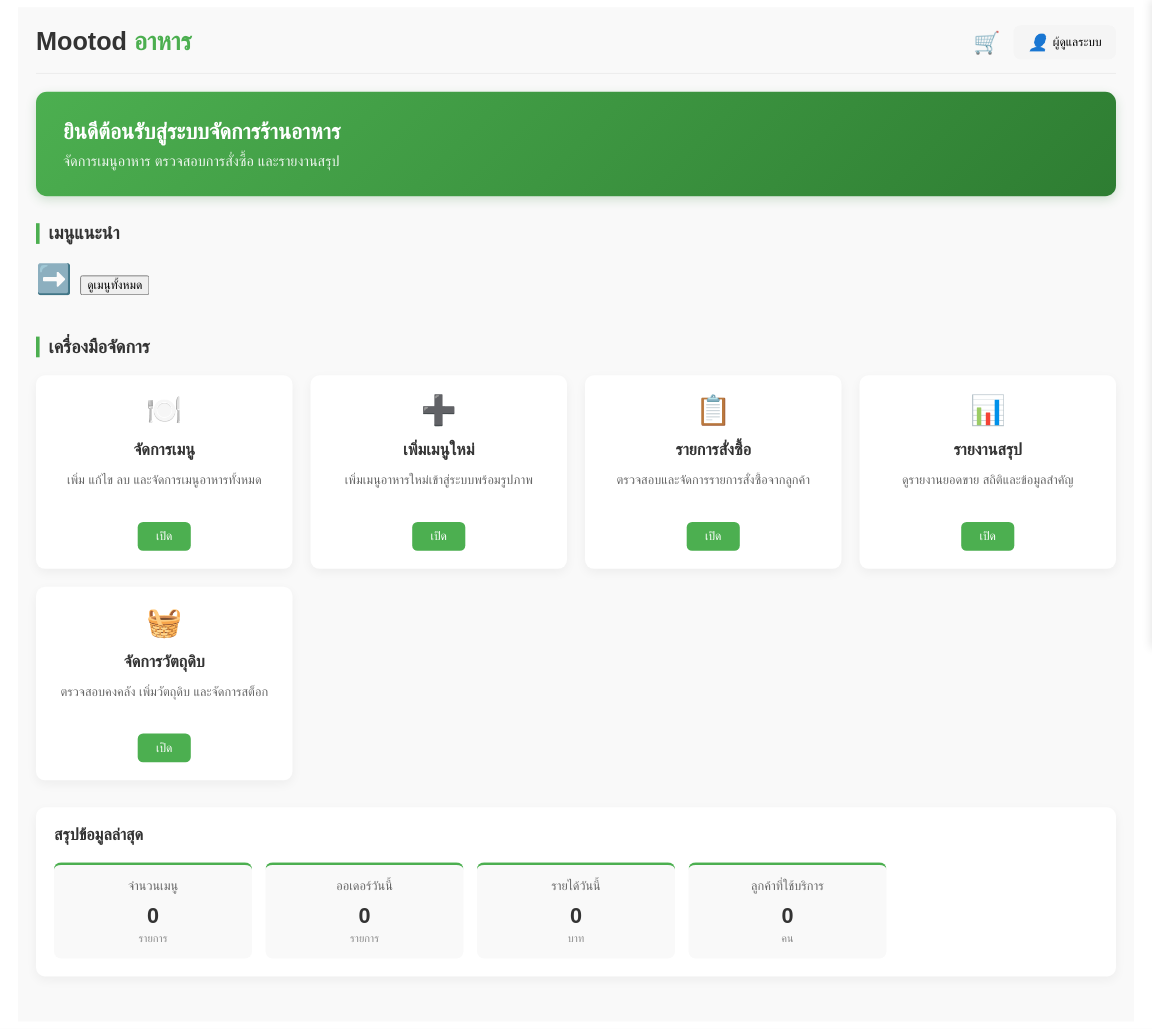
Repository: KwaunchaiJankaikot/mootod
Page: / (app in frontend/)
The author's editor kept a copy of each file at every save. The page is drawn from the files as they stood at one save, then again after a run of saves.
The browser window is 1280 px wide. The pictures show the whole page, at 90% of full size.
The page's requests for data from a server got no answer. The project was rebuilt for these pictures with package versions that can differ from the ones it lists, and the page was loaded fresh each time. No one was signed in, and anything a server would have sent is missing. Also part of the build but not shown: frontend/vue.config.js, frontend/src/components/CheckoutPage.vue, frontend/src/components/AddMenu.vue, frontend/src/components/MenuList.vue, frontend/src/components/EditMenu.vue, frontend/src/components/InventoryPage.vue.

Above is the page before, as saved 2025-04-23 01:05:27.

### frontend/public/index.html
<!DOCTYPE html>
<html lang="">
  <head>
    <meta charset="utf-8">
    <meta http-equiv="X-UA-Compatible" content="IE=edge">
    <meta name="viewport" content="width=device-width,initial-scale=1.0">
    <link rel="icon" href="<%= BASE_URL %>favicon.ico">
    <title><%= htmlWebpackPlugin.options.title %></title>
    <link href="https://fonts.googleapis.com/icon?family=Material+Icons" rel="stylesheet">
    <link rel="stylesheet" href="https://fonts.googleapis.com/css2?family=Material+Symbols+Outlined:opsz,wght,FILL,GRAD@24,400,0,0" />
  </head>
  <body>
    <noscript>
      <strong>We're sorry but <%= htmlWebpackPlugin.options.title %> doesn't work properly without JavaScript enabled. Please enable it to continue.</strong>
    </noscript>
    <div id="app"></div>
    <!-- built files will be auto injected -->
  </body>
</html>

### frontend/src/main.js
import { createApp } from 'vue';
import App from './App.vue';
import router from './router';

const app = createApp(App);
app.use(router);  // ติดตั้ง Vue Router
app.mount('#app');

### frontend/src/App.vue
<template>
  <div id="app">
    <router-view></router-view>
  </div>
</template>

<script>
export default {
  name: 'App',
};
</script>

### frontend/src/router/index.js
import { createRouter, createWebHistory } from 'vue-router';
import HomePage from '../components/HomePage.vue';
import AddMenu from '../components/AddMenu.vue';
import MenuList from '../components/MenuList.vue';
import EditMenu from '../components/EditMenu.vue';
import InventoryPage from '../components/InventoryPage.vue';

const routes = [
  {
    path: '/',
    name: 'Home',
    component: HomePage
  },
  {
    path: '/add-menu',
    name: 'Menu',
    component: AddMenu
  },
  {
    path: '/menu-list',
    name: 'MenuList',
    component: MenuList
  },
  {
    path: '/edit-menu/:id',
    name: 'edit-menu',
    component: EditMenu,
    props: true,
  },

  {
    path: '/inventorypage',
    name: 'inventorypage',
    component: InventoryPage,
  },
];

const router = createRouter({
  history: createWebHistory(process.env.BASE_URL),
  routes
});

export default router;

### frontend/src/components/HomePage.vue
<template>
  <div class="home-container">
    <header class="header">
      <div class="logo">
        <img src="@/assets/logo.png" alt="Mootod Logo" v-if="false" />
        <h1>Mootod <span>อาหาร</span></h1>
      </div>
      <div class="right-menu">
        <div class="cart-icon" @click="toggleCart">
          <span>🛒</span>
          <span class="cart-badge" v-if="cartItems.length > 0">{{
            cartItems.length
          }}</span>
        </div>
        <button class="user-btn">
          <i class="user-icon">👤</i>
          <span>ผู้ดูแลระบบ</span>
        </button>
      </div>
    </header>

    <!-- ตะกร้าสินค้า -->
    <CartSidebar
      :cartItems="cartItems"
      :isCartOpen="isCartOpen"
      @close-cart="toggleCart"
      @remove-item="removeFromCart"
      @increase-quantity="increaseQuantity"
      @decrease-quantity="decreaseQuantity"
      @go-to-checkout="goToCheckout"
    />

    <!-- หน้าชำระเงิน -->
    <CheckoutPage
      v-if="isCheckoutModalOpen"
      :cartItems="cartItems"
      @close-checkout="closeCheckoutModal"
      @payment-success="handlePaymentSuccess"
    />

    <div class="welcome-banner">
      <div class="banner-content">
        <h2>ยินดีต้อนรับสู่ระบบจัดการร้านอาหาร</h2>
        <p>จัดการเมนูอาหาร ตรวจสอบการสั่งซื้อ และรายงานสรุป</p>
      </div>
    </div>

    <!-- แสดงรายการเมนู -->
    <h3 class="section-title">เมนูแนะนำ</h3>
    <div class="menu-cards">
      <div v-for="menu in menus" :key="menu.id" class="menu-card">
        <div class="card-image-container">
          <img :src="menu.image_url" alt="เมนูอาหาร" class="card-image" />
        </div>
        <div class="card-content">
          <h3>{{ menu.name }}</h3>
          <p>{{ menu.description }}</p>
          <div class="card-footer">
            <span class="price">{{ menu.price }} บาท</span>
            <button class="card-btn" @click="addToCart(menu)">สั่งอาหาร</button>
          </div>
        </div>
      </div>
      <div class="card-icon">➡️
        <button class="view-btn" @click="viewAllMenus">ดูเมนูทั้งหมด</button>
      </div>
    </div>

    <!-- ส่วนอื่นๆ ของหน้าจัดการ -->
    <h3 class="section-title">เครื่องมือจัดการ</h3>
    <div class="admin-cards">
      <div class="card" @click="goTo('menu')">
        <div class="card-icon">🍽️</div>
        <h3>จัดการเมนู</h3>
        <p>เพิ่ม แก้ไข ลบ และจัดการเมนูอาหารทั้งหมด</p>
        <button class="card-btn">เปิด</button>
      </div>

      <div class="card" @click="goTo('add-menu')">
        <div class="card-icon">➕</div>
        <h3>เพิ่มเมนูใหม่</h3>
        <p>เพิ่มเมนูอาหารใหม่เข้าสู่ระบบพร้อมรูปภาพ</p>
        <button class="card-btn">เปิด</button>
      </div>

      <div class="card" @click="goTo('orders')">
        <div class="card-icon">📋</div>
        <h3>รายการสั่งซื้อ</h3>
        <p>ตรวจสอบและจัดการรายการสั่งซื้อจากลูกค้า</p>
        <button class="card-btn">เปิด</button>
      </div>

      <div class="card" @click="goTo('reports')">
        <div class="card-icon">📊</div>
        <h3>รายงานสรุป</h3>
        <p>ดูรายงานยอดขาย สถิติและข้อมูลสำคัญ</p>
        <button class="card-btn">เปิด</button>
      </div>

      <div class="card" @click="goTo('inventorypage')">
        <div class="card-icon">🧺</div>
        <h3>จัดการวัตถุดิบ</h3>
        <p>ตรวจสอบคงคลัง เพิ่มวัตถุดิบ และจัดการสต็อก</p>
        <button class="card-btn">เปิด</button>
      </div>
    </div>

    <div class="quick-stats">
      <h3>สรุปข้อมูลล่าสุด</h3>
      <div class="stats-grid">
        <div class="stat-card">
          <h4>จำนวนเมนู</h4>
          <div class="stat-value">{{ totalMenus || menus.length }}</div>
          <div class="stat-label">รายการ</div>
        </div>

        <div class="stat-card">
          <h4>ออเดอร์วันนี้</h4>
          <div class="stat-value">0</div>
          <div class="stat-label">รายการ</div>
        </div>

        <div class="stat-card">
          <h4>รายได้วันนี้</h4>
          <div class="stat-value">0</div>
          <div class="stat-label">บาท</div>
        </div>

        <div class="stat-card">
          <h4>ลูกค้าที่ใช้บริการ</h4>
          <div class="stat-value">0</div>
          <div class="stat-label">คน</div>
        </div>
      </div>
    </div>
  </div>
</template>

<script>
import axios from "axios";
import CartSidebar from "@/components/CartSidebar.vue";
import CheckoutPage from "@/components/CheckoutPage.vue";

export default {
  name: "HomePage",
  components: {
    CartSidebar,
    CheckoutPage
  },
  data() {
    return {
      menus: [],
      totalMenus: 0,
      cartItems: [],
      isCartOpen: false,
      isCheckoutModalOpen: false,
    };
  },
  mounted() {
    this.fetchMenus();
    // โหลดข้อมูลตะกร้าจาก localStorage (ถ้ามี)
    const savedCart = localStorage.getItem("cart");
    if (savedCart) {
      this.cartItems = JSON.parse(savedCart);
    }
  },
  methods: {
    goTo(route) {
      switch (route) {
        case "menu":
          this.$router.push("/menu-list");
          break;
        case "add-menu":
          this.$router.push("/add-menu");
          break;
        case "orders":
          this.$router.push("/orders");
          break;
        case "reports":
          this.$router.push("/reports");
          break;
         case "inventorypage":
          this.$router.push("/inventorypage");
          break;
        default:
          this.$router.push("/");
      }
    },
    fetchMenus() {
      axios
        .get("http://localhost:5000/menus") // เปลี่ยนเป็น URL ของ API ที่คุณใช้
        .then((response) => {
          this.menus = response.data; // บันทึกข้อมูลเมนูใน state
          this.totalMenus = this.menus.length;
        })
        .catch((error) => {
          console.error("เกิดข้อผิดพลาดในการดึงข้อมูลเมนู:", error);
          this.totalMenus = this.menus.length;
        });
    },
    // ฟังก์ชันเกี่ยวกับตะกร้าสินค้า
    addToCart(menu) {
      // ตรวจสอบว่ามีรายการนี้ในตะกร้าหรือไม่
      const existingItem = this.cartItems.find((item) => item.id === menu.id);

      if (existingItem) {
        // ถ้ามีอยู่แล้ว เพิ่มจำนวน
        existingItem.quantity += 1;
      } else {
        // ถ้ายังไม่มี เพิ่มรายการใหม่พร้อมจำนวน = 1
        this.cartItems.push({
          ...menu,
          quantity: 1,
        });
      }

      // บันทึกลง localStorage
      this.saveCart();

      // เปิดตะกร้าสินค้า
      this.isCartOpen = true;
    },
    toggleCart() {
      this.isCartOpen = !this.isCartOpen;
    },
    removeFromCart(index) {
      this.cartItems.splice(index, 1);
      this.saveCart();
    },
    increaseQuantity(index) {
      this.cartItems[index].quantity += 1;
      this.saveCart();
    },
    decreaseQuantity(index) {
      if (this.cartItems[index].quantity > 1) {
        this.cartItems[index].quantity -= 1;
      } else {
        // ถ้าเหลือแค่ 1 ชิ้น แล้วกดลด ให้ลบรายการออกจากตะกร้า
        this.removeFromCart(index);
      }
      this.saveCart();
    },
    saveCart() {
      localStorage.setItem("cart", JSON.stringify(this.cartItems));
    },
    // ฟังก์ชันเกี่ยวกับการชำระเงิน
    goToCheckout() {
      this.isCheckoutModalOpen = true;
      this.isCartOpen = false; // ปิดตะกร้าเมื่อไปที่หน้าชำระเงิน
    },
    closeCheckoutModal() {
      this.isCheckoutModalOpen = false;
    },
    handlePaymentSuccess() {
      // ล้างตะกร้า
      this.cartItems = [];
      this.saveCart();
      // ปิดหน้าชำระเงิน (จะถูกจัดการโดย CheckoutPage component แล้ว)
    },
  },
};
</script>

<style scoped>
.home-container {
  max-width: 1200px;
  margin: 0 auto;
  padding: 20px;
  font-family: "Prompt", "Kanit", sans-serif;
  background-color: #f9f9f9;
  position: relative;
}

/* Header */
.header {
  display: flex;
  justify-content: space-between;
  align-items: center;
  margin-bottom: 20px;
  padding-bottom: 15px;
  border-bottom: 1px solid #eaeaea;
}

.logo {
  display: flex;
  align-items: center;
}

.logo h1 {
  font-size: 28px;
  font-weight: 700;
  color: #333;
  margin: 0;
}

.logo span {
  color: #4caf50;
}

.logo img {
  height: 40px;
  margin-right: 10px;
}

.right-menu {
  display: flex;
  align-items: center;
  gap: 15px;
}

.cart-icon {
  position: relative;
  cursor: pointer;
  font-size: 24px;
}

.cart-badge {
  position: absolute;
  top: -8px;
  right: -8px;
  background-color: #f44336;
  color: white;
  border-radius: 50%;
  width: 18px;
  height: 18px;
  font-size: 12px;
  display: flex;
  align-items: center;
  justify-content: center;
}

.user-btn {
  display: flex;
  align-items: center;
  background: #f5f5f5;
  border: none;
  border-radius: 8px;
  padding: 8px 16px;
  cursor: pointer;
  transition: background-color 0.2s;
}

.user-btn:hover {
  background: #eaeaea;
}

.user-icon {
  margin-right: 5px;
  font-size: 18px;
}

/* Welcome Banner */
.welcome-banner {
  background: linear-gradient(135deg, #4caf50 0%, #2e7d32 100%);
  border-radius: 12px;
  padding: 30px;
  margin-bottom: 30px;
  color: white;
  box-shadow: 0 4px 12px rgba(46, 125, 50, 0.2);
}

.banner-content h2 {
  font-size: 24px;
  margin: 0 0 10px 0;
  font-weight: 600;
}

.banner-content p {
  font-size: 16px;
  margin: 0;
  opacity: 0.9;
}

/* Section Titles */
.section-title {
  font-size: 20px;
  font-weight: 600;
  color: #333;
  margin-top: 30px;
  margin-bottom: 20px;
  border-left: 4px solid #4caf50;
  padding-left: 10px;
}

/* Menu Cards - แสดงเมนูอาหาร */
.menu-cards {
  display: grid;
  grid-template-columns: repeat(auto-fill, minmax(280px, 1fr));
  gap: 20px;
  margin-bottom: 30px;
}

.menu-card {
  background: white;
  border-radius: 10px;
  overflow: hidden;
  box-shadow: 0 4px 12px rgba(0, 0, 0, 0.05);
  transition: transform 0.3s ease, box-shadow 0.3s ease;
  cursor: pointer;
}

.menu-card:hover {
  transform: translateY(-5px);
  box-shadow: 0 8px 20px rgba(0, 0, 0, 0.1);
}

.card-image-container {
  width: 100%;
  height: 180px;
  overflow: hidden;
}

.card-image {
  width: 100%;
  height: 100%;
  object-fit: cover;
  transition: transform 0.3s ease;
}

.menu-card:hover .card-image {
  transform: scale(1.05);
}

.card-content {
  padding: 15px;
}

.card-content h3 {
  font-size: 18px;
  margin: 0 0 8px 0;
  color: #333;
}

.card-content p {
  font-size: 14px;
  color: #666;
  margin: 0 0 15px 0;
  height: 40px;
  overflow: hidden;
  display: -webkit-box;
  -webkit-line-clamp: 2;
  -webkit-box-orient: vertical;
}

.card-footer {
  display: flex;
  justify-content: space-between;
  align-items: center;
}

.price {
  font-weight: 600;
  color: #4caf50;
}

/* Admin Cards - การ์ดจัดการระบบ */
.admin-cards {
  display: grid;
  grid-template-columns: repeat(auto-fill, minmax(250px, 1fr));
  gap: 20px;
  margin-bottom: 30px;
}

.card {
  background: white;
  border-radius: 10px;
  padding: 20px;
  box-shadow: 0 4px 12px rgba(0, 0, 0, 0.05);
  text-align: center;
  transition: transform 0.3s ease, box-shadow 0.3s ease;
  cursor: pointer;
}

.card:hover {
  transform: translateY(-5px);
  box-shadow: 0 8px 20px rgba(0, 0, 0, 0.1);
}

.card-icon {
  font-size: 32px;
  margin-bottom: 15px;
}

.card h3 {
  font-size: 18px;
  margin: 0 0 10px 0;
  color: #333;
}

.card p {
  color: #666;
  font-size: 14px;
  margin-bottom: 15px;
  height: 40px;
  overflow: hidden;
  display: -webkit-box;
  -webkit-line-clamp: 2;
  -webkit-box-orient: vertical;
}

.card-btn {
  background-color: #4caf50;
  color: white;
  border: none;
  padding: 8px 20px;
  border-radius: 6px;
  cursor: pointer;
  font-weight: 500;
  transition: background-color 0.2s;
}

.card-btn:hover {
  background-color: #45a049;
}

/* Quick Stats */
.quick-stats {
  background: white;
  border-radius: 10px;
  padding: 20px;
  box-shadow: 0 4px 12px rgba(0, 0, 0, 0.05);
  margin-bottom: 30px;
}

.quick-stats h3 {
  margin-top: 0;
  margin-bottom: 20px;
  color: #333;
  font-size: 18px;
  font-weight: 600;
}

.stats-grid {
  display: grid;
  grid-template-columns: repeat(auto-fill, minmax(200px, 1fr));
  gap: 15px;
}

.stat-card {
  background: #f9f9f9;
  padding: 15px;
  border-radius: 8px;
  text-align: center;
  border-top: 3px solid #4caf50;
}

.stat-card h4 {
  font-size: 14px;
  font-weight: 500;
  color: #666;
  margin: 0 0 10px 0;
}

.stat-value {
  font-size: 24px;
  font-weight: 600;
  color: #333;
  margin-bottom: 5px;
}

.stat-label {
  font-size: 12px;
  color: #888;
}

/* Responsive */
@media (max-width: 768px) {
  .menu-cards,
  .admin-cards {
    grid-template-columns: repeat(auto-fill, minmax(220px, 1fr));
  }

  .welcome-banner {
    padding: 25px;
  }

  .banner-content h2 {
    font-size: 22px;
  }
}

@media (max-width: 480px) {
  .home-container {
    padding: 15px;
  }

  .header {
    flex-direction: column;
    align-items: flex-start;
  }

  .right-menu {
    margin-top: 15px;
    width: 100%;
    justify-content: space-between;
  }

  .menu-cards,
  .admin-cards {
    grid-template-columns: 1fr;
  }

  .welcome-banner {
    padding: 20px;
  }

  .stats-grid {
    grid-template-columns: 1fr 1fr;
  }

  .card-image-container {
    height: 160px;
  }
}
</style>

### frontend/src/components/CartSidebar.vue
<template>
  <div class="cart-sidebar" :class="{ 'cart-active': isCartOpen }">
    <div class="cart-header">
      <h3>ตะกร้าสินค้า</h3>
      <button class="close-btn" @click="closeCart">✕</button>
    </div>

    <div v-if="cartItems.length === 0" class="empty-cart">
      <span>🛒</span>
      <p>ไม่มีรายการในตะกร้า</p>
    </div>

    <div v-else class="cart-items">
      <div v-for="(item, index) in cartItems" :key="index" class="cart-item">
        <div class="cart-item-img">
          <img :src="item.image_url" alt="เมนูอาหาร" />
        </div>
        <div class="cart-item-info">
          <h4>{{ item.name }}</h4>
          <div class="item-price">{{ item.price }} บาท</div>
        </div>
        <div class="cart-item-actions">
          <button class="qty-btn" @click="decreaseQuantity(index)">-</button>
          <span class="item-qty">{{ item.quantity }}</span>
          <button class="qty-btn" @click="increaseQuantity(index)">+</button>
          <button class="remove-btn" @click="removeFromCart(index)">
            ลบ
          </button>
        </div>
      </div>
    </div>

    <div class="cart-summary" v-if="cartItems.length > 0">
      <div class="summary-row">
        <span>ยอดรวม:</span>
        <span class="summary-price">{{ calculateTotal() }} บาท</span>
      </div>
      <button class="checkout-btn" @click="goToCheckout">ไปชำระเงิน</button>
    </div>
  </div>
</template>

<script>
export default {
  name: "CartSidebar",
  props: {
    cartItems: {
      type: Array,
      required: true
    },
    isCartOpen: {
      type: Boolean,
      default: false
    }
  },
  methods: {
    closeCart() {
      this.$emit('close-cart');
    },
    removeFromCart(index) {
      this.$emit('remove-item', index);
    },
    increaseQuantity(index) {
      this.$emit('increase-quantity', index);
    },
    decreaseQuantity(index) {
      this.$emit('decrease-quantity', index);
    },
    calculateTotal() {
      return this.cartItems.reduce((total, item) => {
        return total + (item.price * item.quantity);
      }, 0);
    },
    goToCheckout() {
      this.$emit('go-to-checkout');
    }
  }
};
</script>

<style scoped>
/* Cart Sidebar */
.cart-sidebar {
  position: fixed;
  top: 0;
  right: -350px;
  width: 350px;
  height: 100vh;
  background-color: white;
  box-shadow: -2px 0 10px rgba(0, 0, 0, 0.1);
  z-index: 1000;
  transition: right 0.3s ease;
  display: flex;
  flex-direction: column;
}

.cart-active {
  right: 0;
}

.cart-header {
  display: flex;
  justify-content: space-between;
  align-items: center;
  padding: 15px 20px;
  border-bottom: 1px solid #eaeaea;
}

.cart-header h3 {
  margin: 0;
  font-size: 18px;
}

.close-btn {
  background: none;
  border: none;
  font-size: 18px;
  cursor: pointer;
  color: #777;
}

.empty-cart {
  display: flex;
  flex-direction: column;
  align-items: center;
  justify-content: center;
  padding: 50px 20px;
  color: #777;
}

.empty-cart span {
  font-size: 48px;
  margin-bottom: 15px;
  opacity: 0.5;
}

.cart-items {
  flex: 1;
  overflow-y: auto;
  padding: 15px;
}

.cart-item {
  display: flex;
  padding: 10px 0;
  border-bottom: 1px solid #eaeaea;
  margin-bottom: 10px;
}

.cart-item-img {
  width: 60px;
  height: 60px;
  overflow: hidden;
  border-radius: 6px;
  margin-right: 10px;
}

.cart-item-img img {
  width: 100%;
  height: 100%;
  object-fit: cover;
}

.cart-item-info {
  flex: 1;
}

.cart-item-info h4 {
  margin: 0 0 5px 0;
  font-size: 16px;
}

.item-price {
  color: #4caf50;
  font-weight: 500;
}

.cart-item-actions {
  display: flex;
  align-items: center;
  gap: 5px;
}

.qty-btn {
  width: 24px;
  height: 24px;
  border: 1px solid #ddd;
  background: white;
  border-radius: 4px;
  display: flex;
  align-items: center;
  justify-content: center;
  cursor: pointer;
}

.item-qty {
  width: 20px;
  text-align: center;
}

.remove-btn {
  background: #f44336;
  color: white;
  border: none;
  border-radius: 4px;
  padding: 3px 8px;
  font-size: 12px;
  cursor: pointer;
  margin-left: 5px;
}

.cart-summary {
  padding: 15px;
  border-top: 1px solid #eaeaea;
  background-color: #f9f9f9;
}

.summary-row {
  display: flex;
  justify-content: space-between;
  margin-bottom: 15px;
  font-weight: 500;
}

.summary-price {
  color: #4caf50;
  font-size: 18px;
  font-weight: 600;
}

.checkout-btn {
  width: 100%;
  padding: 12px;
  background-color: #4caf50;
  color: white;
  border: none;
  border-radius: 6px;
  font-weight: 500;
  cursor: pointer;
  transition: background-color 0.2s;
}

.checkout-btn:hover {
  background-color: #45a049;
}

@media (max-width: 768px) {
  .cart-sidebar {
    width: 300px;
  }
}

@media (max-width: 480px) {
  .cart-sidebar {
    width: 85%;
  }
}
</style>

After the next 2 saves:
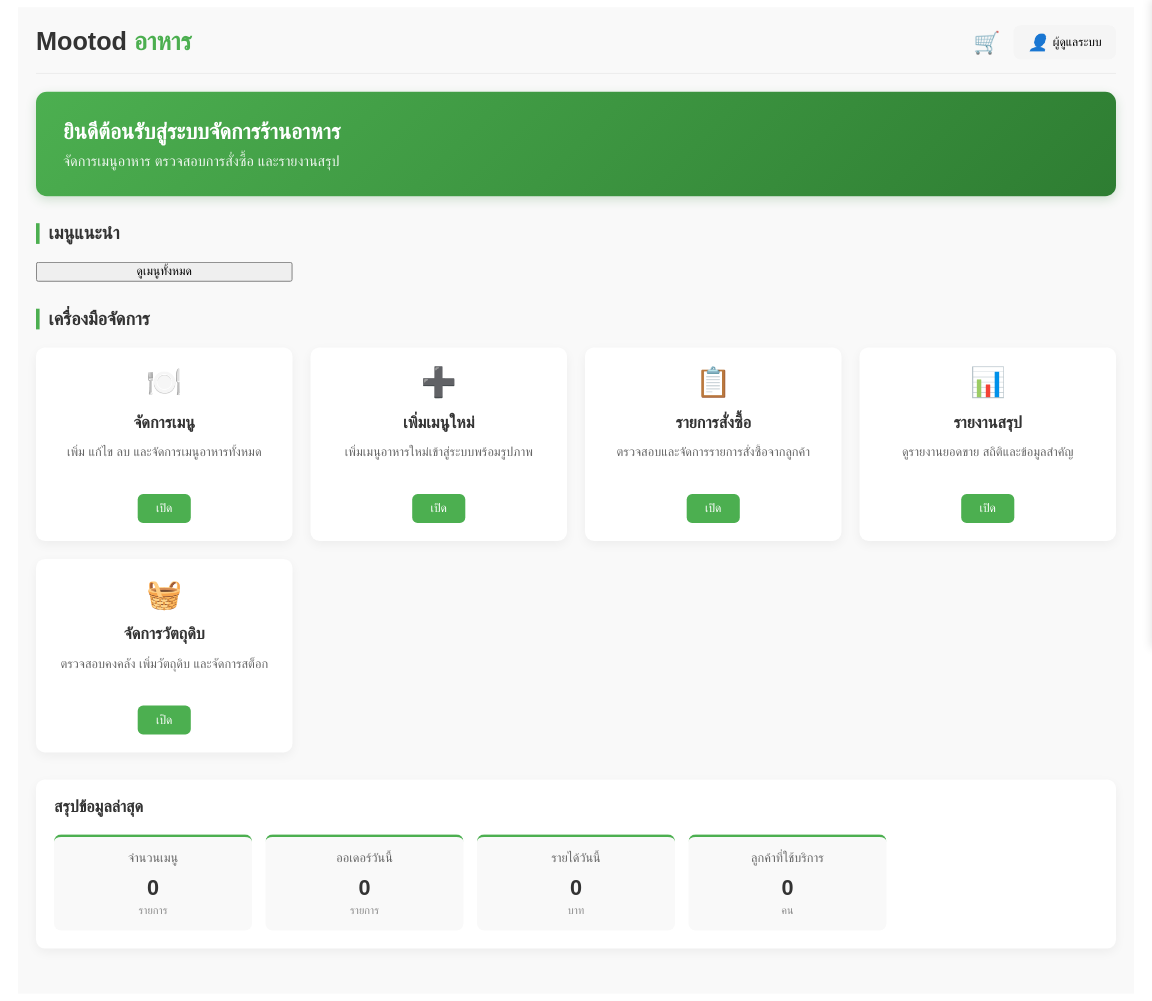
The 2 saves are shown as one change because they came seconds apart.
The last was saved 28 s later.
--- a/frontend/src/components/HomePage.vue
+++ b/frontend/src/components/HomePage.vue
@@ -61,9 +61,9 @@
           </div>
         </div>
       </div>
-      <div class="card-icon">➡️
+
         <button class="view-btn" @click="viewAllMenus">ดูเมนูทั้งหมด</button>
-      </div>
+
     </div>
 
     <!-- ส่วนอื่นๆ ของหน้าจัดการ -->
